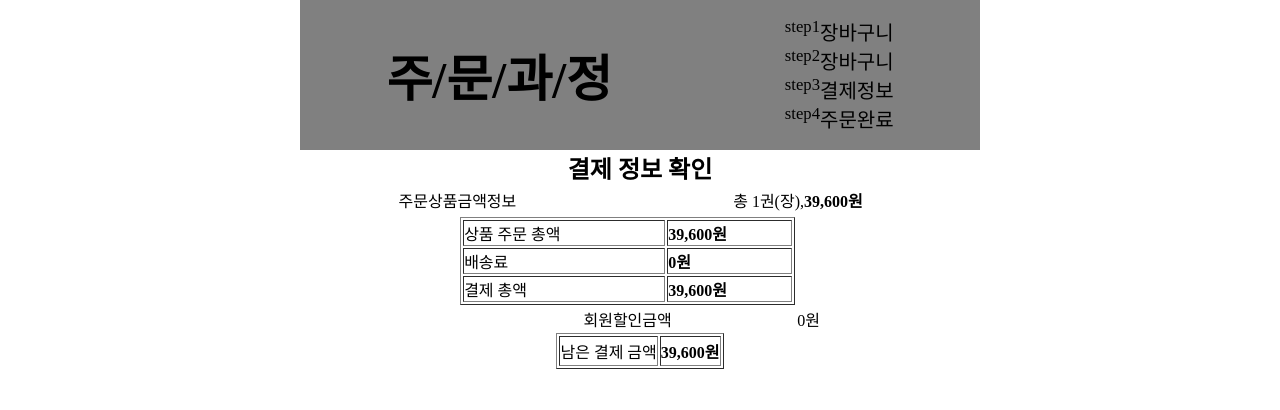
Repository: kym-1000/book
Page: http://localhost/book/WEB-INF/views/cart/pay.jsp
These files come from the project's save history. The page is drawn as it stood at one moment and after the next save; the edit follows.
The browser window is 1280 px wide. The pictures show the whole page.
The page is served by Tomcat 9. Nobody is signed in. The template is opened directly, without the code that normally fills it, so the values that code supplies are empty.

Above is the page before, as saved 2023-01-02 07:49:01.

After the next save:
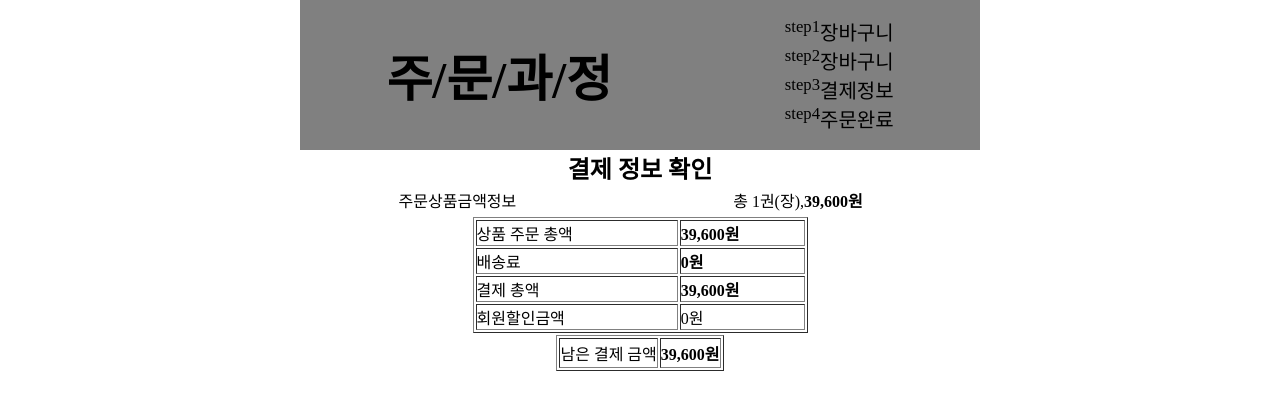
Saved 112 s later.
--- a/book/book/src/main/webapp/WEB-INF/views/cart/pay.jsp
+++ b/book/book/src/main/webapp/WEB-INF/views/cart/pay.jsp
@@ -58,6 +58,10 @@
                       <td class="td1">결제 총액</td>
                       <td class="td2"><strong>39,600원</strong></td>
                     </tr>
+                    <tr>
+                      <td class="td1">회원할인금액</td>
+                      <td class="td2"><span>0</span>원</td>
+                    </tr>
 
                   </tbody>
                 </table>
@@ -66,10 +70,6 @@
 
 
                   <tbody>
-                    <tr>
-                      <td class="td1">회원할인금액</td>
-                      <td class="td2"><span>0</span>원</td>
-                    </tr>
 
                      <tr style="display:none;">
                       <td class="td1">할인 총액 </td>
